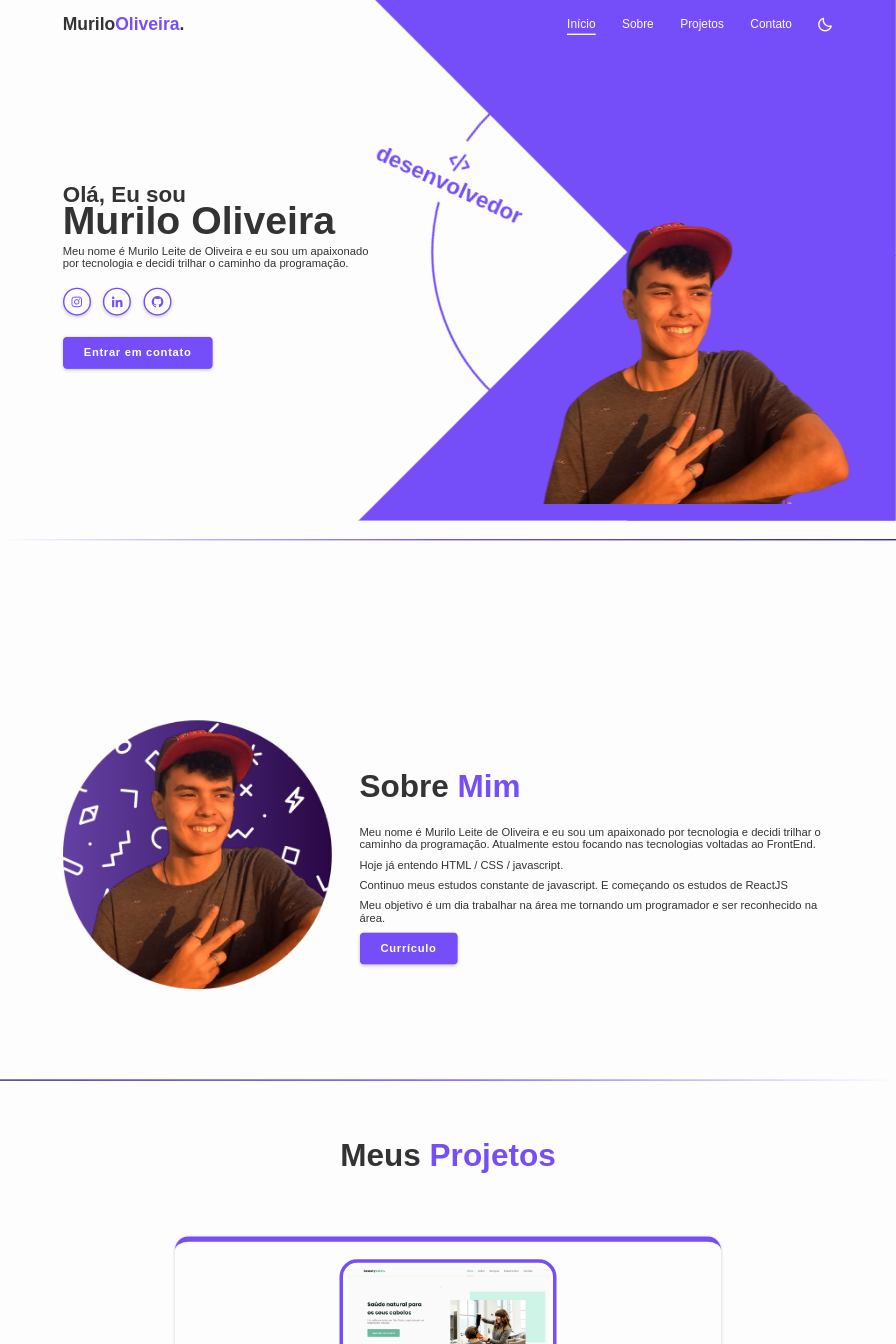
Repository: devMuriloOliveira/Portfolio-
Page: index.html
The author's editor kept a copy of each file at every save. The page is drawn from the files as they stood at one save, then again after the next save.
The browser window is 1280 px wide. The pictures show the part of the page from y = 0 to 1920 px (the page is 3045 px tall), at 70% of full size.

Above is the page before, as saved 2023-03-15 18:18:06.

After the next save:
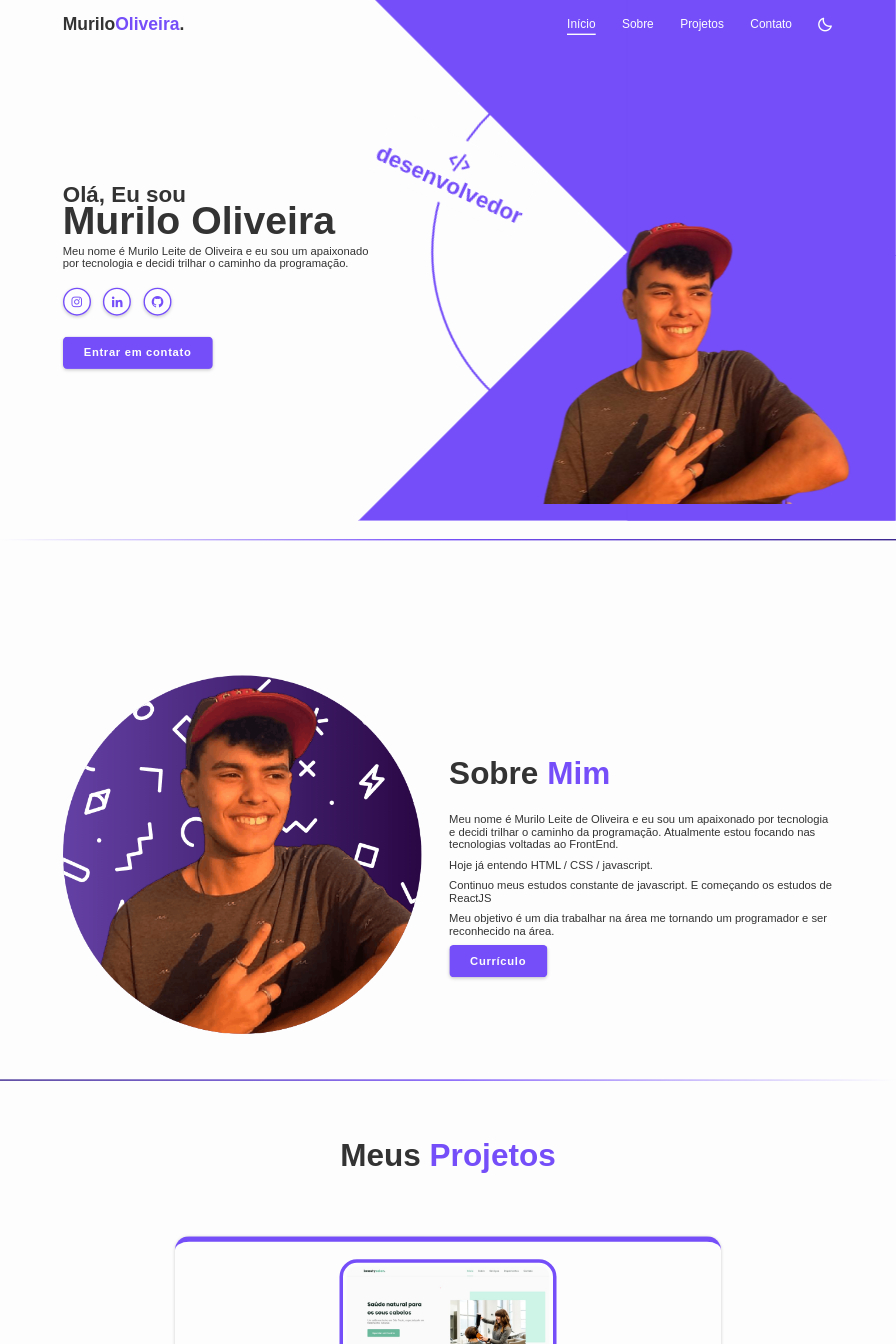
Saved 42 s later.
--- a/style.css
+++ b/style.css
@@ -315,7 +315,7 @@ span{
 }
 
 .sobre-img img{
-  width: 30vw;
+  width: 40vw;
 }
 
 .heading{
